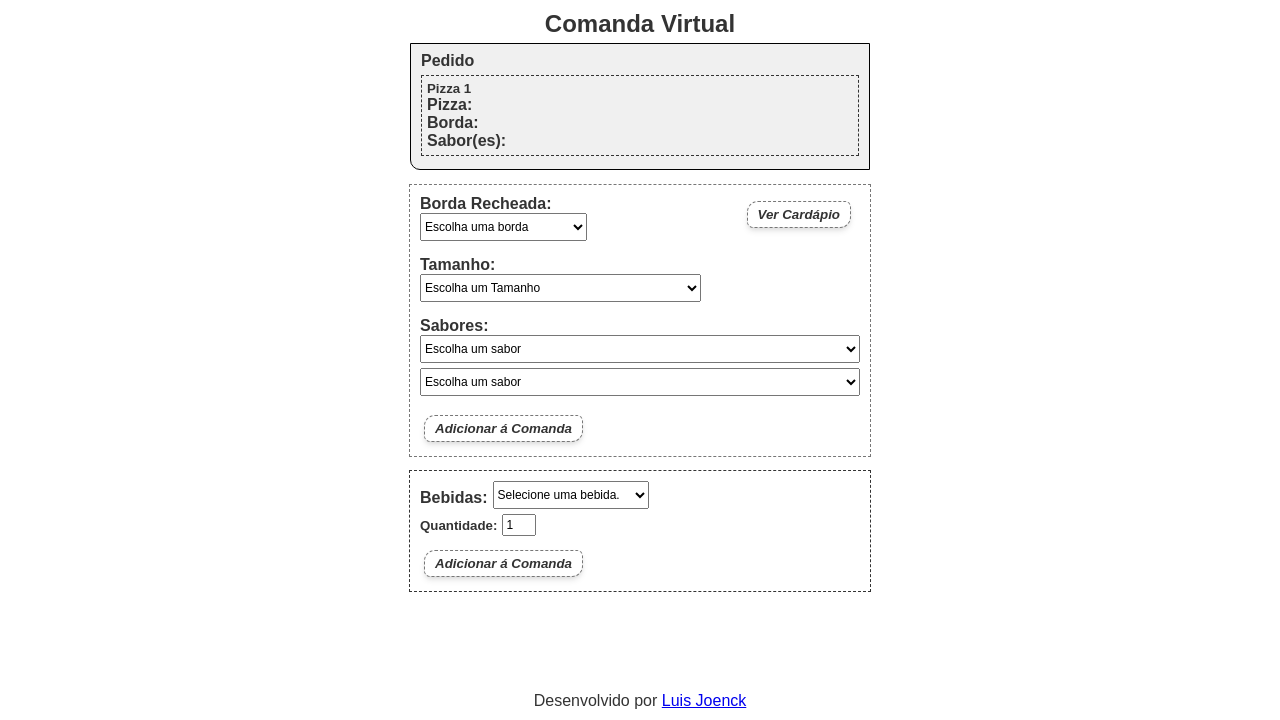
Repository: Joenck91/front-comanda-virtual
Page: index.html
These files come from the project's save history. The page is drawn as it stood at one moment and after the next save; the edit follows.
The browser window is 1280 px wide. The pictures show the whole page.
After loading, the first visible `form.unit-pizza-box` was submitted once.

Above is the page before, as saved 2025-10-05 14:35:43.

After the next save:
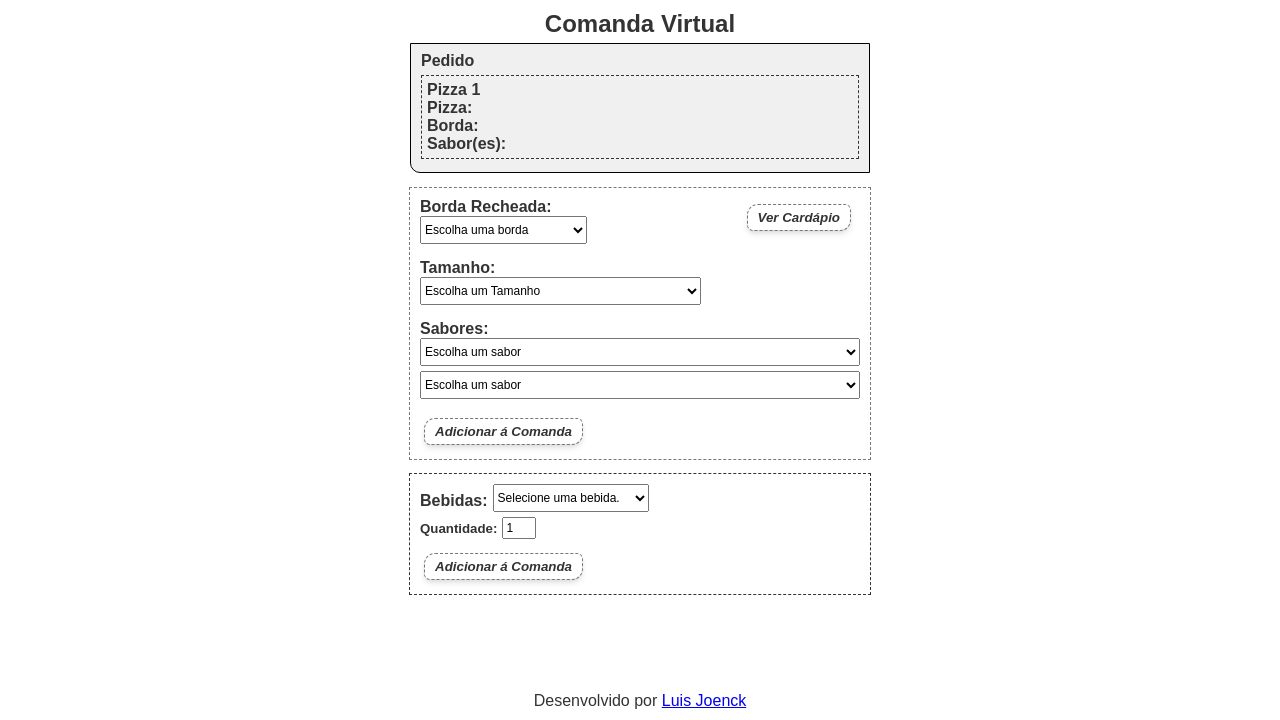
Saved 53 s later.
--- a/script/interface/command-box/show-items.js
+++ b/script/interface/command-box/show-items.js
@@ -9,7 +9,7 @@ export default function showItems(notedOrder){
         const pizzaDiv = document.createElement('div');
         pizzaDiv.classList.add('ordered-item');
         pizzaDiv.innerHTML = `
-            <h5>Pizza ${index + 1}</h5>
+            <h4>Pizza ${index + 1}</h4>
             <p><strong>Pizza:</strong> ${pizza.pizza}</p>
             <p><strong>Borda:</strong> ${pizza.borda}</p>
             <p><strong>Sabor(es):</strong> ${pizza.sabores.join(', ')}</p>
